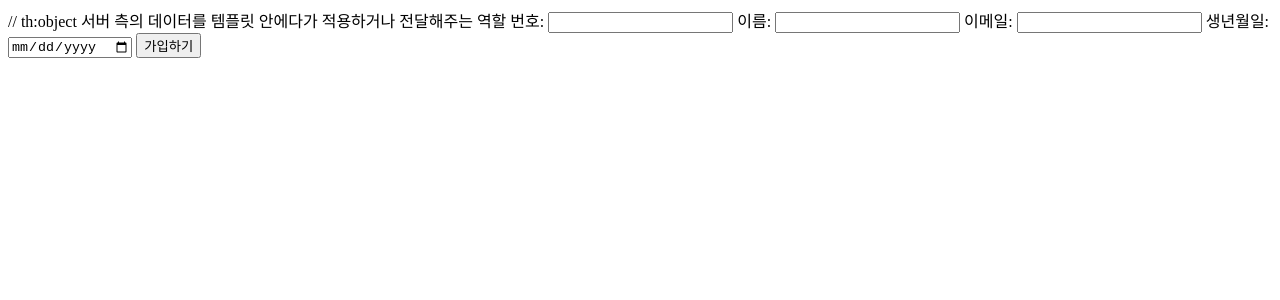
Repository: ExiNni/SpringBoot
Page: http://localhost/register
These files come from the project's save history. The page is drawn as it stood at one moment and after the next save; the edit follows.
The browser window is 1280 px wide. The pictures show the whole page.
The page is this project's Thymeleaf template; nobody is signed in. The template is opened directly, without the code that normally fills it, so the values that code supplies are empty.

Above is the page before, as saved 2023-11-24 00:39:34.

### spring-DB-Oracle/src/main/resources/templates/register.html
<!DOCTYPE html>
<html xmlns:th="http://www.thymeleaf.org">
<head>
<meta charset="EUC-KR">
<title>회원 가입</title>
</head>
<body>
	<form th:action="@{/api/member/register}" method="post" th:object="${user}"> // th:object 서버 측의 데이터를 템플릿 안에다가 적용하거나 전달해주는 역할
		<label for="mno">번호: </label>
		<input type="number" id="mno" name="mno" th:field="*{mno}" required>

		<label for="mname">이름: </label>
		<input type="text" id="mname" name="mname" th:field="*{mname}" required>

		<label for="memail">이메일: </label>
		<input type="email" id="memail" name="memail" th:field="*{memail}" required>

		<label for="mbirth">생년월일: </label>
		<input type="date" id="mbirth" name="mbirth" th:field="*{mbirth}" required>

		<button type="submit">가입하기</button>

	</form>
</body>
</html>

After the next save:
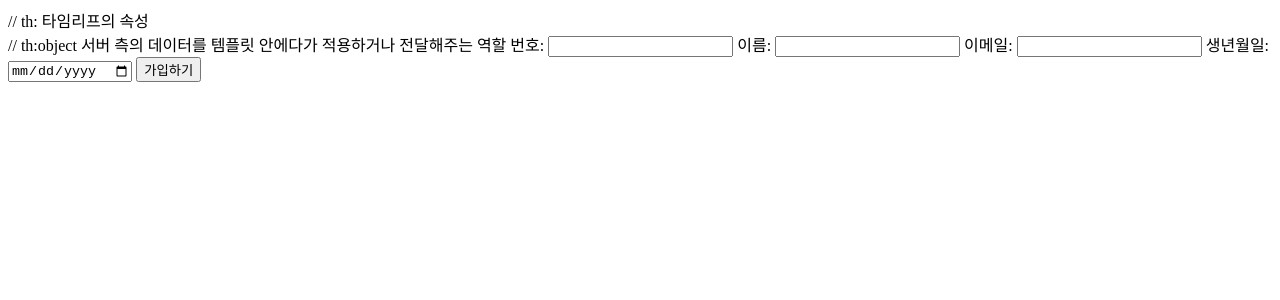
Saved 18 s later.
--- a/spring-DB-Oracle/src/main/resources/templates/register.html
+++ b/spring-DB-Oracle/src/main/resources/templates/register.html
@@ -5,6 +5,7 @@
 <title>회원 가입</title>
 </head>
 <body>
+	// th: 타임리프의 속성
 	<form th:action="@{/api/member/register}" method="post" th:object="${user}"> // th:object 서버 측의 데이터를 템플릿 안에다가 적용하거나 전달해주는 역할
 		<label for="mno">번호: </label>
 		<input type="number" id="mno" name="mno" th:field="*{mno}" required>
